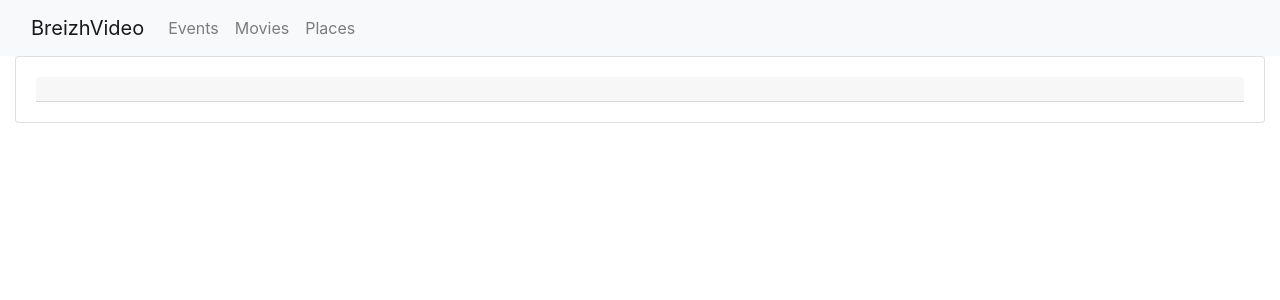
Repository: romgrm/Hackaton_BreizhVideo_FRONT
Page: /Events
An editor plug-in stored every save of this project. The page is shown before and after the next save, followed by the edit.
The browser window is 1280 px wide. The pictures show the whole page.
The page's requests for data from a server got no answer. Some web libraries are served in a nearby version. The project was rebuilt for these pictures with package versions that can differ from the ones it lists, and the page was loaded fresh each time. No one was signed in, and anything a server would have sent is missing. Also part of the build but not shown: src/Components/Films.js, src/Components/Village.js.

Above is the page before, as saved 2020-12-21 20:07:37.

### public/index.html
<!DOCTYPE html>
<html lang="en">
  <head>
    <meta charset="utf-8" />
    <link rel="icon" href="%PUBLIC_URL%/favicon.ico" />
    <meta name="viewport" content="width=device-width, initial-scale=1" />
    <meta name="theme-color" content="#000000" />
    <meta
      name="description"
      content="Web site created using create-react-app"
    />
    <link rel="apple-touch-icon" href="%PUBLIC_URL%/logo192.png" />

    <link rel="manifest" href="%PUBLIC_URL%/manifest.json" />

    <title>React App</title>
  </head>
  <body>
    <noscript>You need to enable JavaScript to run this app.</noscript>
    <div id="root"></div>
    <script src="https://kit.fontawesome.com/f66925acc9.js" crossorigin="anonymous"></script>
  </body>
</html>

### src/index.js
import React from 'react';
import ReactDOM from 'react-dom';
import App from './App';
import {BrowserRouter} from 'react-router-dom'


ReactDOM.render(
  <BrowserRouter>
    <App />
  </BrowserRouter>,
  document.getElementById('root')
);

### src/App.js
import bootstrap from '../node_modules/bootstrap/dist/css/bootstrap.min.css'
import Header from './Components/Header'
import {Switch, Route} from 'react-router-dom'
import Films from './Components/Films'
import Events from './Components/Events';
import Village from './Components/Village';


function App() {
  return (
    <>
    <Header />
    <Switch>
      <Route path="/Events" component={Events} />
      <Route path="/Movies" component={Films} />
      <Route path="/Places" component={Village} />
      <Route path="/" />
    </Switch>
    </>
  );
}

export default App;

### src/Components/Header.js
import React from 'react'
import {Link} from 'react-router-dom'

export default function Header() {
    return (
        <nav className="navbar navbar-expand-lg navbar-light bg-light">
  <div className="container-fluid">
    <Link className="navbar-brand" to="/">BreizhVideo</Link>
    <button className="navbar-toggler" type="button" data-bs-toggle="collapse" data-bs-target="#navbarNav" aria-controls="navbarNav" aria-expanded="false" aria-label="Toggle navigation">
      <span className="navbar-toggler-icon"></span>
    </button>
    <div className="collapse navbar-collapse" id="navbarNav">
      <ul className="navbar-nav">
        <li className="nav-item">
          <Link className="nav-link" to="/Events">Events</Link>
        </li>
        <li className="nav-item">
          <Link className="nav-link" to="/Movies">Movies</Link>
        </li>
        <li className="nav-item">
          <Link className="nav-link" to="/Places">Places</Link>
        </li>
      </ul>
    </div>
  </div>
</nav>
    )
}

### src/Components/Events.js
import React, { useState, useEffect } from 'react'
import axios from 'axios'

export default function Events() {

    const [event, setEvent] = useState([]);

    useEffect(() => {

        async function fetchData() {

            const url1 = await axios('http://localhost:8080/Preference');
            setEvent(url1.data)
            console.log(event)
        }

        fetchData();
    }, []);

    return (
        <div className="container-fluid text-center ">
            <div className="card ">

                <div className="card-body">
                    <div className="card-header">
                        {event.map((current) => (
                            <h1 key={current.id}> Passage à {current.representations.village.name}, le {current.representations.release_date}</h1>
                        ))}
                    </div>
                    <div className="card-text">
                        {event.map((current) => (
                            <h1 key={current.id}> Film 1 : {current.films.title}</h1>
                        ))}
                    </div>
                </div>

            </div>
        </div>
    )
}

After the next save:
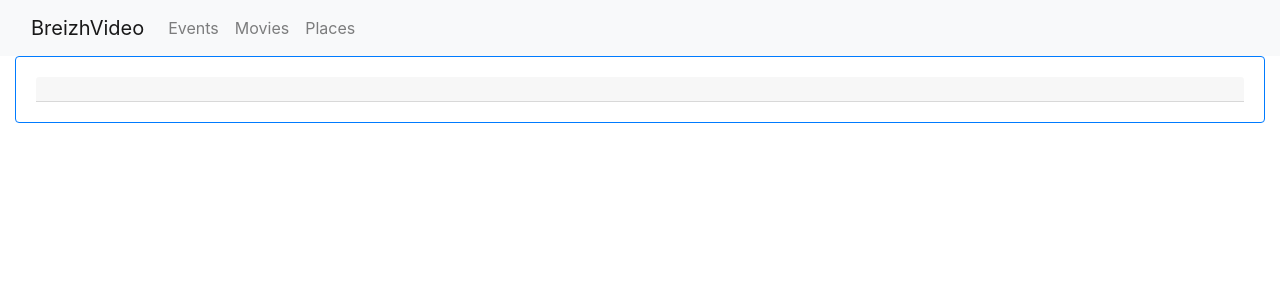
Saved 15 s later.
--- a/src/Components/Events.js
+++ b/src/Components/Events.js
@@ -19,7 +19,7 @@ export default function Events() {
 
     return (
         <div className="container-fluid text-center ">
-            <div className="card ">
+            <div className="card border-primary">
 
                 <div className="card-body">
                     <div className="card-header">
